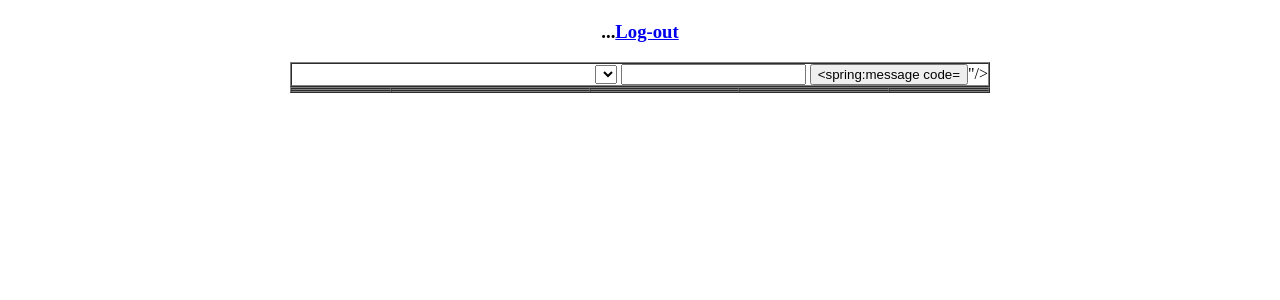
Repository: Dev-Aria/WebStudy
Page: http://localhost/BoardWeb/getBoardList.jsp
The author's editor kept a copy of each file at every save. The page is drawn from the files as they stood at one save, then again after the next save.
The browser window is 1280 px wide. The pictures show the whole page.
The page is served by Tomcat 9. Other server files are loaded and not shown. Queries for data that is not in the repository find no rows.

Above is the page before, as saved 2018-05-02 18:33:22.

### workspace_sts/BoardWeb/src/main/webapp/getBoardList.jsp
<%@page contentType="text/html; charset=EUC-KR"%>
<%@page import="com.springbook.biz.board.impl.BoardDAO"%>
<%@page import="com.springbook.biz.board.BoardVO"%>
<%@page import="java.util.List"%>

<%
	//1. 사용자 입력 정보 추출(검색 기능은 나중에 구현)
	//2. DB 연동 처리
	BoardVO vo = new BoardVO();
	BoardDAO boardDAO = new BoardDAO();
	List<BoardVO> boardList = boardDAO.getBoardList(vo);

	//3. 응답 화면 구성
%>

<!DOCTYPE html PUBLIC "-//W3C//DTD HTML 4.01 Transitional//EN" "http://www.w3.org/TR/html4/loose.dtd">
<html>
<head>
<meta http-equiv="Content-Type" content="text/html; charset=EUC-KR">
<title>글 목록</title>
</head>
<body>
<center>
<h1><spring:message code="message.board.list.mainTitle"/></h1>
<h3>${userName }<spring:message code="message.board.list.welcomeMsg"/>...<a href="logout.do">Log-out</a></h3>

<!-- 검색 시작 -->
<form action="getBoardList.do" method="post">
<table border="1" cellpadding="0" cellspacing="0" width="700">
<tr>
    <td align="right">
        <select name="searchCondition">
        <c:forEach items="${conditionMap}" var="option">
            <option value="${option.value}">${option.key}
        </c:forEach>
        </select>
        <input name="searchKeyword" type="text"/>
        <input type="submit" value="<spring:message code="message.board.list.search.condition.btn"/>"/>
    </td>
</tr>
</table>
</form>
<!-- 검색 종료 -->

<table border="1" cellpadding="0" cellspacing="0" width="700">
<tr>
	<th bgcolor="orange" width="100">
	<spring:message code="message.board.list.table.head.seq"/></th>
	<th bgcolor="orange" width="200">
	<spring:message code="message.board.list.table.head.title"/></th>
	<th bgcolor="orange" width="150">
	<spring:message code="message.board.list.table.head.writer"/></th>
	<th bgcolor="orange" width="150">
	<spring:message code="message.board.list.table.head.regDate"/></th>
	<th bgcolor="orange" width="100">
	<spring:message code="message.board.list.table.head.cnt"/></th>
</tr>

<c:forEach items="${boardList }" var="board">
<tr>
    <td>${board.seq }</td>
    <td align="left"><a href="getBoard.do?seq=${board.seq }">${board.title }</a></td>
    <td>${board.writer }</td>
    <td><fmt:formatDate value="${board.regDate}" pattern="yyyy-MM-dd"/></td>
    <td>${board.cnt }</td>
</tr>
</c:forEach>

</table>
<br>
<a href="insertBoard.jsp">
<spring:message code="message.board.list.link.insertBoard"/></a>
</center>
</body>
</html>

### workspace_sts/BoardWeb/src/main/java/com/springbook/biz/board/BoardVO.java
package com.springbook.biz.board;

import java.util.Date;

// VO(Value Object)
public class BoardVO {
    private int seq;
    private String title;
    private String writer;
    private String content;
    private Date regDate;
    private int cnt;    // Getter/Setter �޼ҵ�
	public int getSeq() {
		return seq;
	}

	public void setSeq(int seq) {
		this.seq = seq;
	}

	public String getTitle() {
		return title;
	}

	public void setTitle(String title) {
		this.title = title;
	}

	public String getWriter() {
		return writer;
	}

	public void setWriter(String writer) {
		this.writer = writer;
	}

	public String getContent() {
		return content;
	}

	public void setContent(String content) {
		this.content = content;
	}

	public Date getRegDate() {
		return regDate;
	}

	public void setRegDate(Date regDate) {
		this.regDate = regDate;
	}

	public int getCnt() {
		return cnt;
	}

	public void setCnt(int cnt) {
		this.cnt = cnt;
	}

    @Override
    public String toString() {
        return "BoardVO [seq=" + seq + ", title=" + title + ", writer="
                         + writer + ", content=" + content + ", regDate=" + regDate
                         + ", cnt=" + cnt + "]";
    }
}

### workspace_sts/BoardWeb/src/main/java/com/springbook/biz/common/JDBCUtil.java
package com.springbook.biz.common;

import java.sql.Connection;
import java.sql.DriverManager;
import java.sql.PreparedStatement;
import java.sql.ResultSet;

public class JDBCUtil {
    public static Connection getConnection() {
        try {
            Class.forName("org.h2.Driver");
            return DriverManager.getConnection("jdbc:h2:tcp://localhost/~/test", "sa", "");
        } catch (Exception e) {
            e.printStackTrace();
        }
        return null;
    }

    public static void close(PreparedStatement stmt, Connection conn) {
        if(stmt != null) {
            try {
                if(!stmt.isClosed()) stmt.close();
            } catch (Exception e) {
                e.printStackTrace();
            } finally {
                stmt = null;
            }
        }

        if(conn != null) {
            try {
                if(!conn.isClosed()) conn.close();
            } catch (Exception e) {
                e.printStackTrace();
            } finally {
                conn = null;
            }
        }
    }

    public static void close(ResultSet rs, PreparedStatement stmt, Connection conn) {
        if(rs != null) {
            try {
                if(!rs.isClosed()) rs.close();
            } catch (Exception e) {
                e.printStackTrace();
            } finally {
                rs = null;
            }
        }

        if(stmt != null) {
            try {
                if(!stmt.isClosed()) stmt.close();
            } catch (Exception e) {
                e.printStackTrace();
            } finally {
                stmt = null;
            }
        }

        if(conn != null) {
            try {
                if(!conn.isClosed()) conn.close();
            } catch (Exception e) {
                e.printStackTrace();
            } finally {
                conn = null;
            }
        }
    }
}

After the next save:
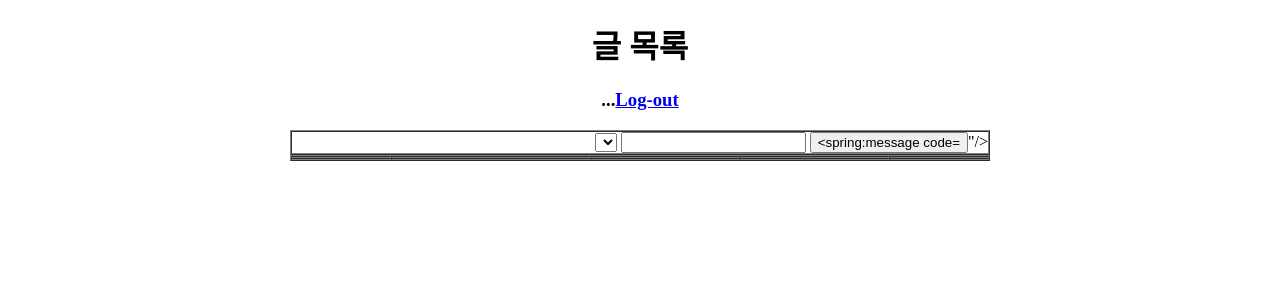
Saved 9 s later.
--- a/workspace_sts/BoardWeb/src/main/webapp/getBoardList.jsp
+++ b/workspace_sts/BoardWeb/src/main/webapp/getBoardList.jsp
@@ -21,7 +21,7 @@
 </head>
 <body>
 <center>
-<h1><spring:message code="message.board.list.mainTitle"/></h1>
+<h1>글 목록</h1>
 <h3>${userName }<spring:message code="message.board.list.welcomeMsg"/>...<a href="logout.do">Log-out</a></h3>
 
 <!-- 검색 시작 -->
